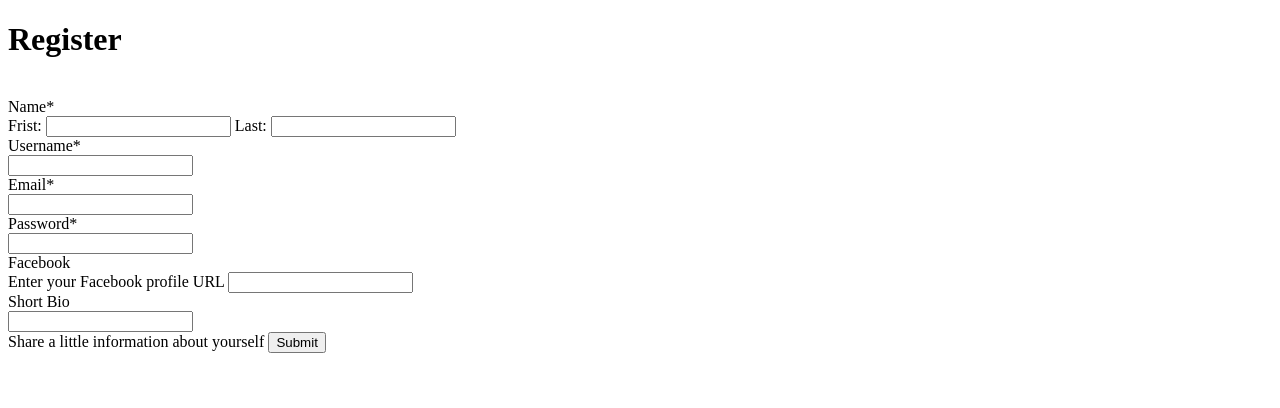
Repository: Knguyen2003/Spring
Page: JavaServlet/Tuan1/PhanNguyenKhoiNguyen_21068021_Tuan1/src/main/webapp/index.html
The author's editor kept a copy of each file at every save. The page is drawn from the files as they stood at one save, then again after the next save.
The browser window is 1280 px wide. The pictures show the whole page.

Above is the page before, as saved 2024-08-21 11:53:05.

### JavaServlet/Tuan1/PhanNguyenKhoiNguyen_21068021_Tuan1/src/main/webapp/index.html
<!DOCTYPE html>
<html>
<head>
<meta charset="UTF-8">
<title>Insert title here</title>
</head>
<body>

	<form method="get/post" action="TênServlet" name="registrationForm">
		<h1>Register</h1> <br>
        <label>Name*</label> <br>
         Frist: <input type="text" name="first">
         Last: <input type="text" name="last"> <br>
        <label>Username*</label> <br>
        <input type="text" name="usn"> <br>
        <label>Email*</label> <br>
        <input type="text" name="email"> <br>
        <label>Password*</label> <br>
        <input type="password" name="pw"> <br>
        <label>Facebook</label> <br>
        <label>Enter your Facebook profile URL</label>
        <input type="text" name="face"> <br>

        <label>Short Bio</label> <br>
        <input type="text" name="short"> <br>
        <label>Share a little information about yourself</label>
        <button>Submit</button>
</body>
</html>

After the next save:
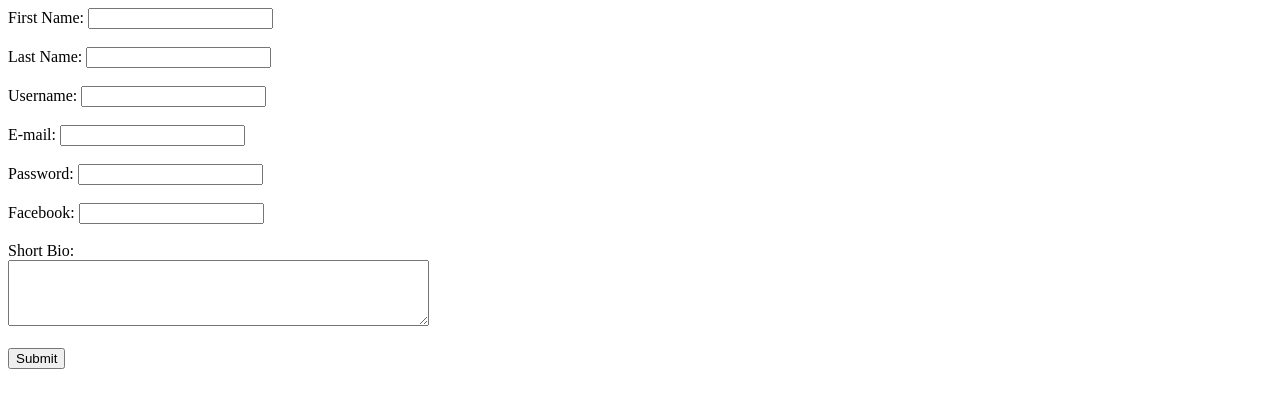
Saved 2 min 9 s later.
--- a/JavaServlet/Tuan1/PhanNguyenKhoiNguyen_21068021_Tuan1/src/main/webapp/index.html
+++ b/JavaServlet/Tuan1/PhanNguyenKhoiNguyen_21068021_Tuan1/src/main/webapp/index.html
@@ -6,24 +6,29 @@
 </head>
 <body>
 
-	<form method="get/post" action="TênServlet" name="registrationForm">
-		<h1>Register</h1> <br>
-        <label>Name*</label> <br>
-         Frist: <input type="text" name="first">
-         Last: <input type="text" name="last"> <br>
-        <label>Username*</label> <br>
-        <input type="text" name="usn"> <br>
-        <label>Email*</label> <br>
-        <input type="text" name="email"> <br>
-        <label>Password*</label> <br>
-        <input type="password" name="pw"> <br>
-        <label>Facebook</label> <br>
-        <label>Enter your Facebook profile URL</label>
-        <input type="text" name="face"> <br>
+	<form method="post" action="RegisterServlet" name="registrationForm">
+        <label for="firstName">First Name:</label>
+        <input type="text" id="firstName" name="firstName" required><br><br>
 
-        <label>Short Bio</label> <br>
-        <input type="text" name="short"> <br>
-        <label>Share a little information about yourself</label>
-        <button>Submit</button>
+        <label for="lastName">Last Name:</label>
+        <input type="text" id="lastName" name="lastName" required><br><br>
+
+        <label for="username">Username:</label>
+        <input type="text" id="username" name="username" required><br><br>
+
+        <label for="email">E-mail:</label>
+        <input type="email" id="email" name="email" required><br><br>
+
+        <label for="password">Password:</label>
+        <input type="password" id="password" name="password" required><br><br>
+
+        <label for="facebook">Facebook:</label>
+        <input type="url" id="facebook" name="facebook"><br><br>
+
+        <label for="bio">Short Bio:</label><br>
+        <textarea id="bio" name="bio" rows="4" cols="50"></textarea><br><br>
+
+        <input type="submit" value="Submit">
+    </form>
 </body>
 </html>
